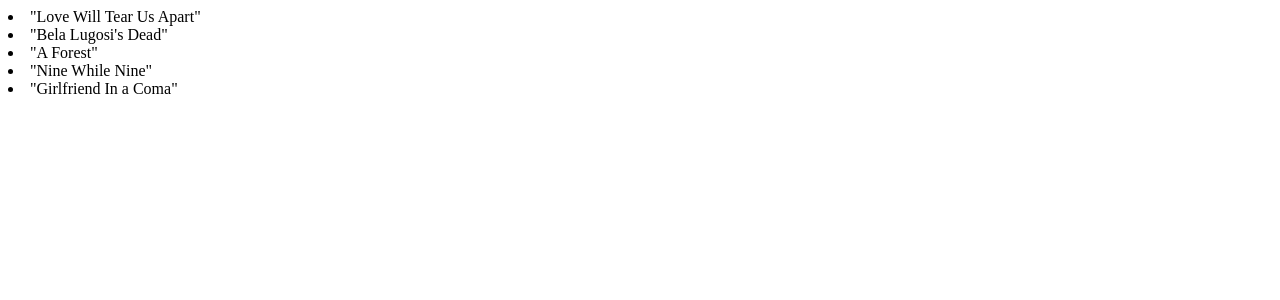
Repository: NthigaDenis/example-repository
Page: phase-0-html-experiencing-html-lab/mylist.html
These files come from the project's save history. The page is drawn as it stood at one moment and after the next save; the edit follows.
The browser window is 1280 px wide. The pictures show the whole page.

Above is the page before, as saved 2022-07-30 10:55:15.

### phase-0-html-experiencing-html-lab/mylist.html
<li>"Love Will Tear Us Apart"</li>
<li>"Bela Lugosi's Dead"</li>
<li> "A Forest"</li>
<li>"Nine While Nine"</li>
<li>"Girlfriend In a Coma"</li>

After the next save:
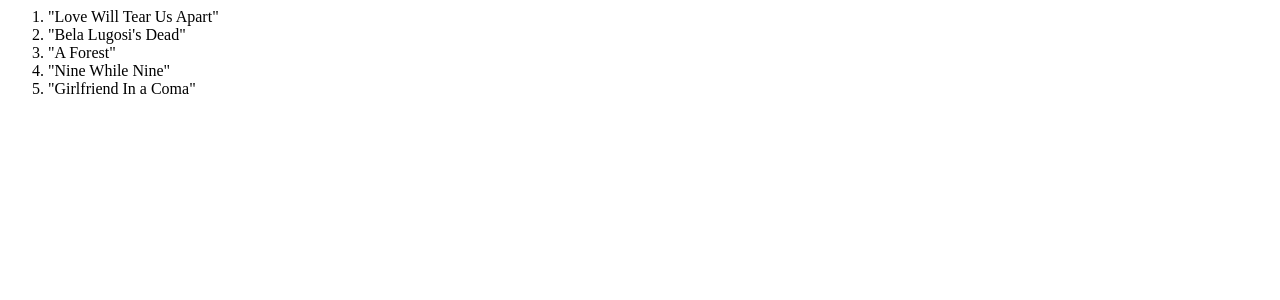
Saved 35 min 32 s later.
--- a/phase-0-html-experiencing-html-lab/mylist.html
+++ b/phase-0-html-experiencing-html-lab/mylist.html
@@ -1,5 +1,7 @@
-<li>"Love Will Tear Us Apart"</li>
-<li>"Bela Lugosi's Dead"</li>
-<li> "A Forest"</li>
-<li>"Nine While Nine"</li>
-<li>"Girlfriend In a Coma"</li>
+<ol>
+    <li>"Love Will Tear Us Apart"</li>
+    <li>"Bela Lugosi's Dead"</li>
+    <li> "A Forest"</li>
+    <li>"Nine While Nine"</li>
+    <li>"Girlfriend In a Coma"</li>
+</ol>
